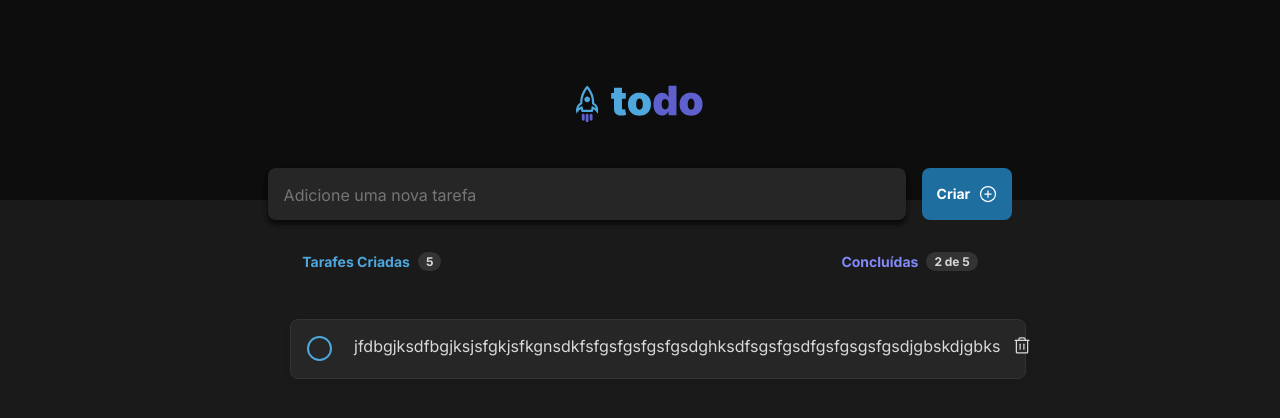
Repository: guilhermecardoso93/todolistreact
Page: /
These files come from the project's save history. The page is drawn as it stood at one moment and after the next save; the edit follows.
The browser window is 1280 px wide. The pictures show the whole page.
The project was rebuilt for these pictures with package versions that can differ from the ones it lists, and the page was loaded fresh each time. Also part of the build but not shown: vite.config.ts.

Above is the page before, as saved 2022-07-04 23:14:38.

After the next save:
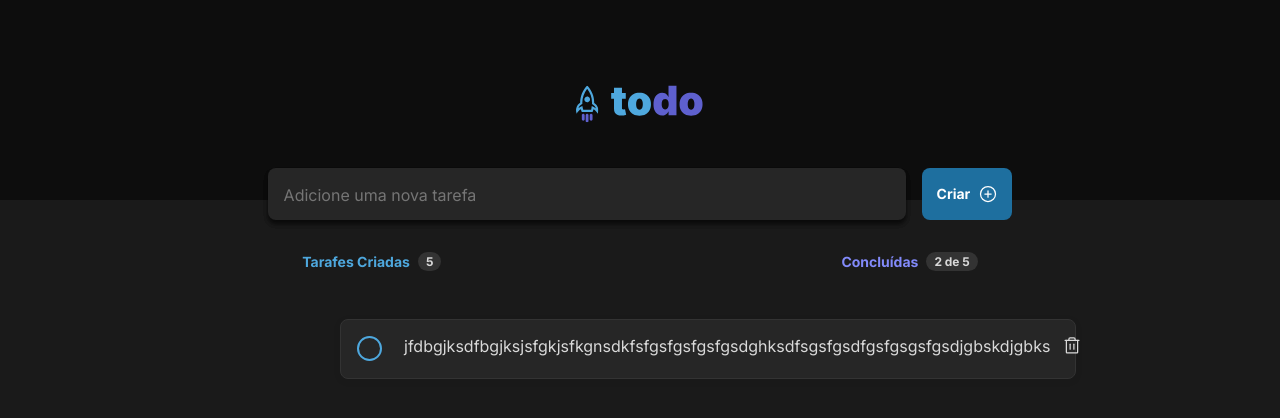
Saved 5 s later.
--- a/src/Tasks.module.css
+++ b/src/Tasks.module.css
@@ -132,7 +132,7 @@
   justify-content:space-around;
   gap: 1rem;
   margin-top: 2rem;
-  max-width: 700px;
+  max-width: 600px;
 }
 
 .tasksListItem {
